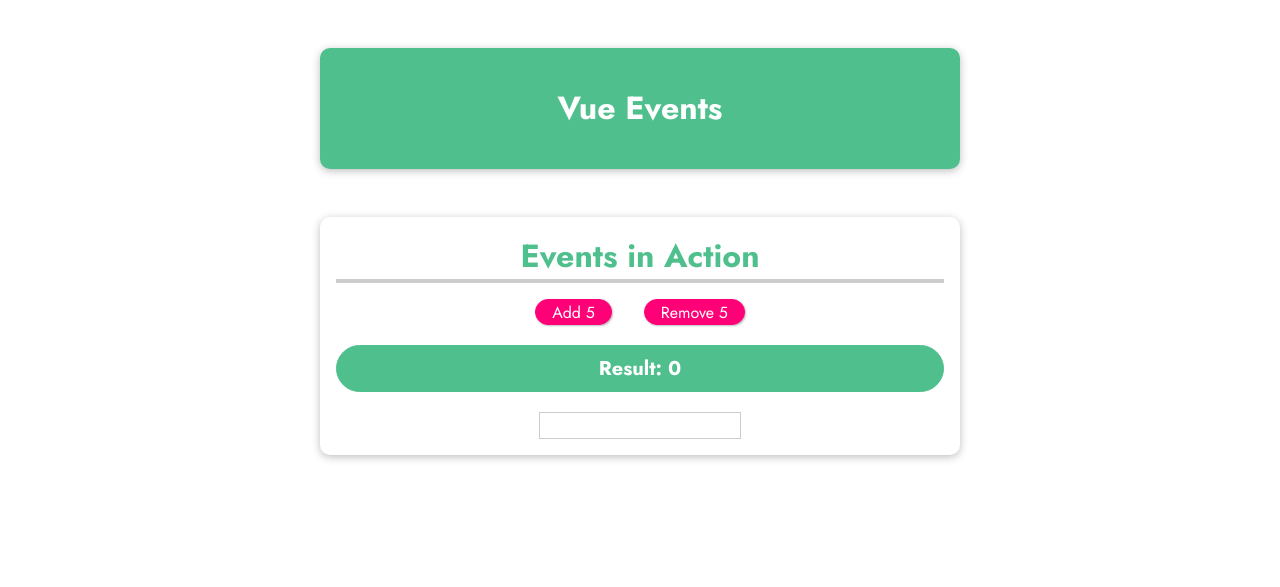
Repository: zmarkoni/Vue-The-Complete-Guide
Page: basics-03-events-starting-code/index.html
An editor plug-in stored every save of this project. The page is shown before and after a run of saves, followed by the edit.
The browser window is 1280 px wide. The pictures show the whole page.

Above is the page before, as saved 2020-12-29 17:43:01.

After the next 5 saves:
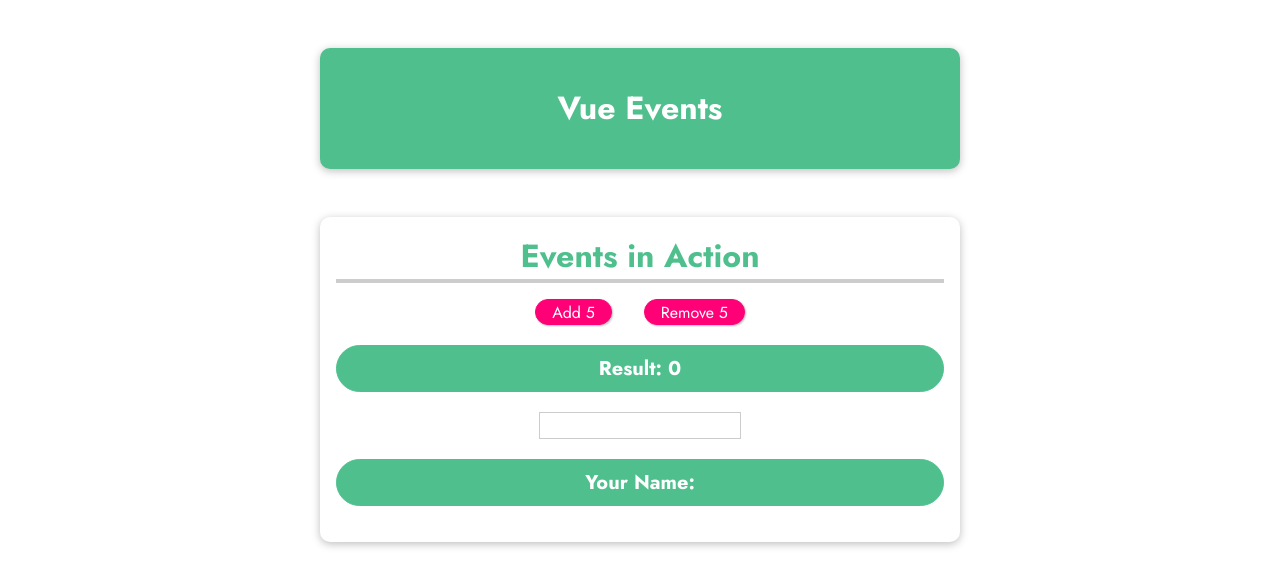
The 5 saves are shown as one change because they came seconds apart.
The last was saved 17 s later.
--- a/basics-03-events-starting-code/index.html
+++ b/basics-03-events-starting-code/index.html
@@ -22,6 +22,7 @@
       <button v-on:click="reduce(5)">Remove 5</button>
       <p>Result: {{ counter }}</p>
       <input type="text">
+      <p>Your Name: {{ name }}</p>
     </section>
   </body>
 </html>
